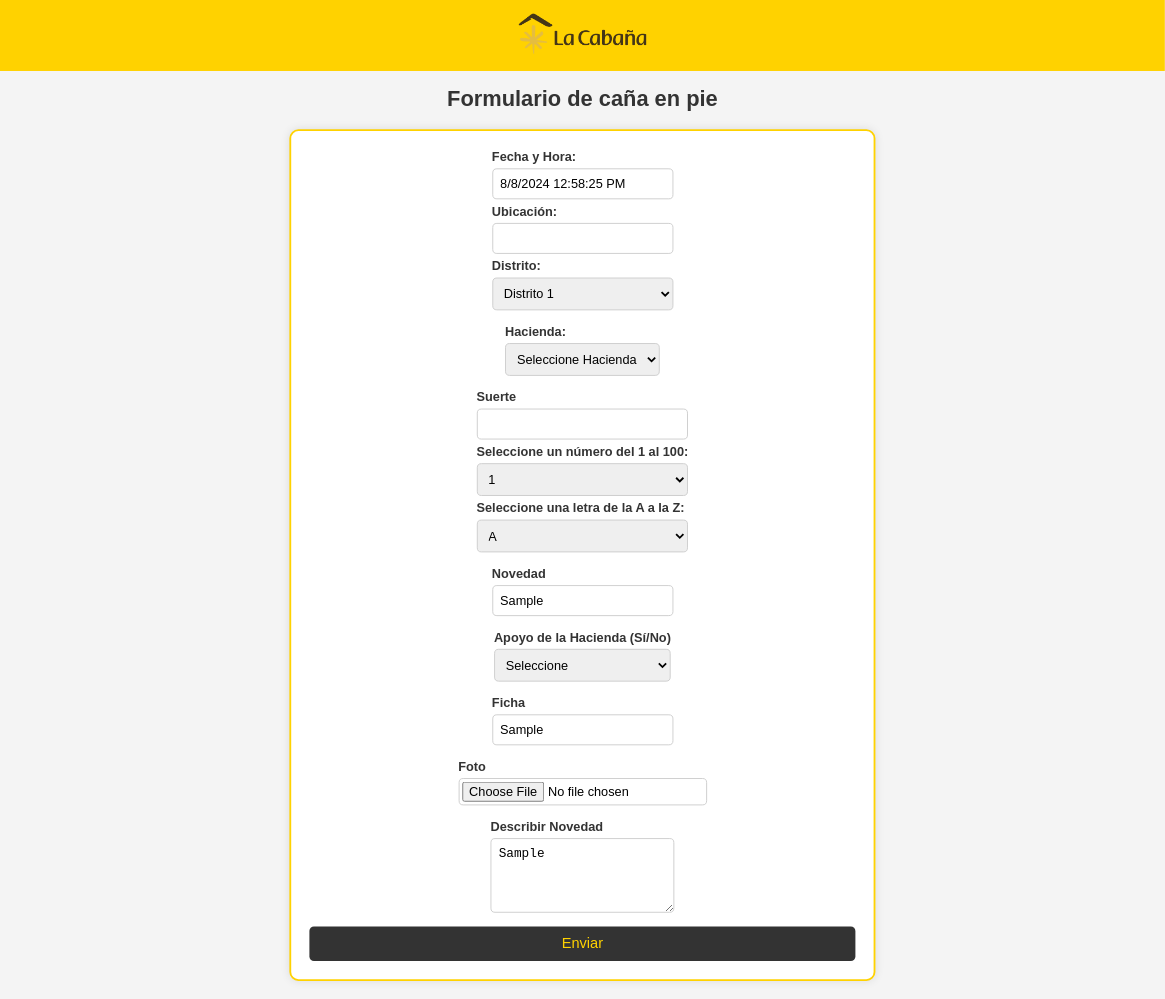
Repository: tayuanlogua/prototipo-de-control-de-accesos
Page: Patrullas/src/cañaenpie.html
The author's editor kept a copy of each file at every save. The page is drawn from the files as they stood at one save, then again after the next save.
The browser window is 1280 px wide. The pictures show the whole page, at 91% of full size.
Empty fields were first filled with sample values (such as "Sample", 5 or name@example.com).
After loading, the first visible `#distrito` was changed once.

Above is the page before, as saved 2024-08-29 15:01:29.

After the next save:
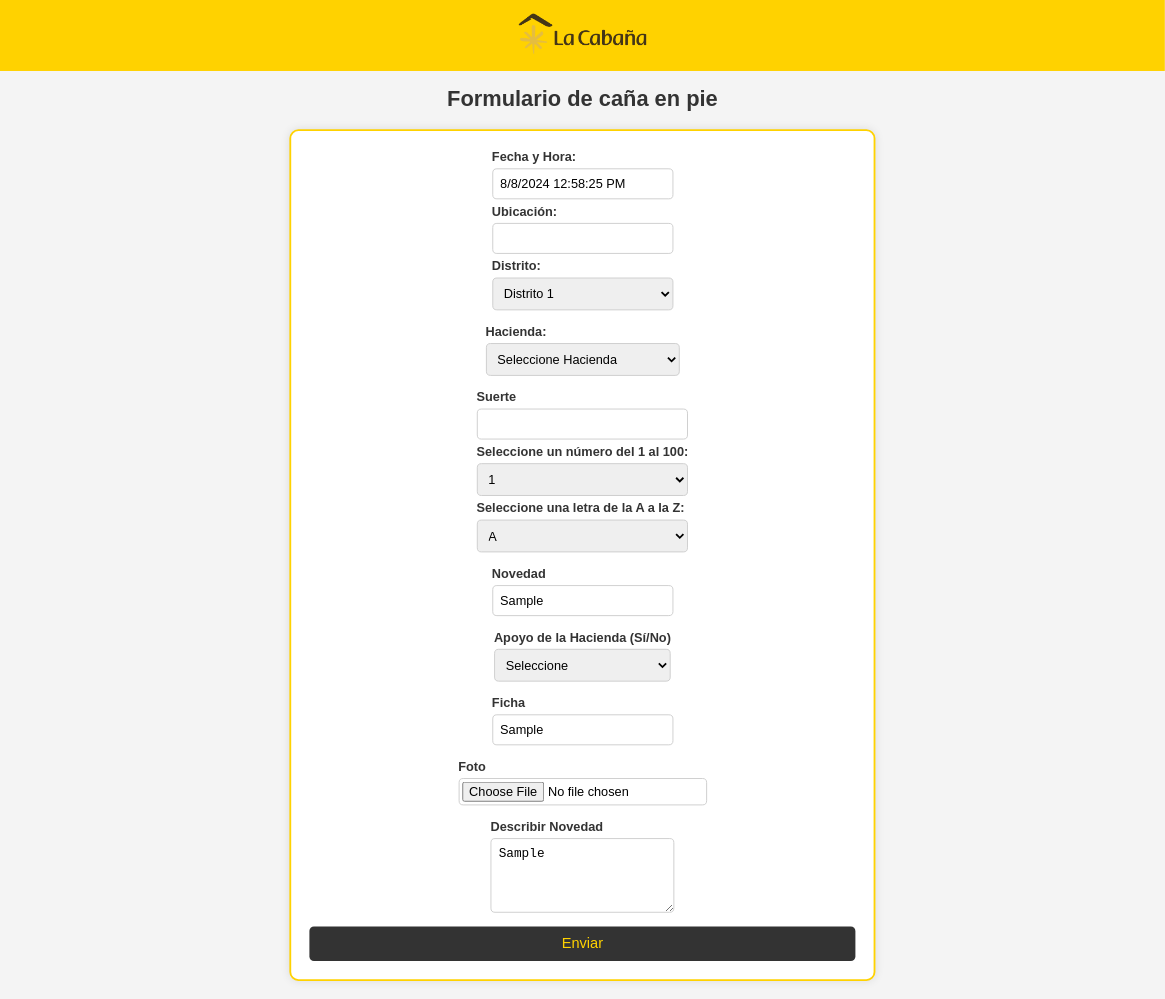
Saved 6 min 44 s later.
--- a/Patrullas/src/cañaenpie.js
+++ b/Patrullas/src/cañaenpie.js
@@ -11,11 +11,144 @@
   const suerteInput = document.getElementById("suerte");
 
   const haciendas = {
-    1: ["Rio Frayle", "La Industria", "Salsipuedes" /* ... */],
-    2: ["Orocue", "Palace", "San Isidro" /* ... */],
-    3: ["Cabaña", "Caldas", "Pilamo" /* ... */],
-    4: ["Cuprecia", "Laguna", "La Gitana" /* ... */],
-    5: ["Casablanca", "Bocas de Palo", "Perico Negro" /* ... */],
+    1: [
+      "Rio Frayle",
+      "La Industria",
+      "Salsipuedes",
+      "Pergola II",
+      "Pergola III",
+      "ACUARIO",
+      "PERGOLA I",
+      "Vallecito",
+      "Papayal",
+      "La Linda",
+      "El Rincon",
+      "Papayalito",
+      "El Tablon Bajo",
+      "Cantarohondo",
+      "El Tablon Alto",
+      "El Baranco",
+      "Santa Barbara Participacion",
+      "La Michela",
+    ],
+    2: [
+      "Orocue",
+      "Palace",
+      "San Isidro",
+      "Rancho Grande",
+      "Romano Barney",
+      "Taula Mejia",
+      "Vanegas",
+      "Holandita Adecañas",
+      "Canada Adecañas",
+      "Canada",
+      "Canada Agrocañas",
+      "Canada Esmeralda",
+      "Hato",
+      "Arado",
+      "Yarumales",
+      "Mendiola La Paila",
+      "Benitez",
+      "Hato San Carlos",
+      "Mundo Cabaña",
+      "La Munda Esmeralda",
+      "Canada Cabaña",
+      "Hato Agrocañas",
+      "Hato Cavi",
+    ],
+    3: [
+      "Cabaña",
+      "Caldas",
+      "Pilamo",
+      "Taula Chiman",
+      "Normandia",
+      "Santa Helena",
+      "Cabaña II",
+      "Muchilanga Naranjito",
+      "Caldas Agroindustrias",
+      "Normandia Agroindustrias",
+      "Taula Chiman Agroindistria",
+      "Humberto Lopez Cabaña",
+      "Arado Adecañas",
+      "Toribio Rivas Esmeralda",
+      "Cabaña Rabinovich",
+      "Naranjo Agrocañas",
+      "Naranjo",
+      "Muchilanga",
+      "Taula Ana",
+      "Naranjo Esmeralda",
+      "Gobierno Negro",
+      "Granada",
+      "Cabaña Agrocañas",
+      "Naranjo Cabaña",
+      "Muchilanga Cabaña",
+      "Vegas Cabaña",
+      "Alvaro Naranjo Poveda Arrey",
+      "El Rebaño",
+      "Dulce Jugada Participacion",
+    ],
+    4: [
+      "Cuprecia",
+      "Laguna",
+      "La Gitana",
+      "Vista Hermosa",
+      "Nanaluisa",
+      "Lote Toro",
+      "La Stellia",
+      "La Real",
+      "El Recuerdo",
+      "Tonoli",
+      "Laguna Arrendo",
+      "Florencia",
+      "Casa Grande",
+      "Santa Ines",
+      "La Loma",
+      "Corcovao Adecañas",
+      "Veracruz Adecañas",
+      "Sarria",
+      "Nilo Toro",
+      "Janeiro Esmeralda",
+      "Hermanas Florez",
+      "Las Cañas",
+      "Ana Maria Bonilla",
+      "El Cairo",
+      "Tablanca",
+      "Holanda",
+      "La Camelia",
+      "Sucursal",
+      "El Socorro Cabaña",
+      "Monaco",
+      "La Alsacia",
+      "Ventura Olgin",
+    ],
+    5: [
+      "Casablanca",
+      "Bocas de Palo",
+      "Perico Negro",
+      "El Lago",
+      "Victoria",
+      "Curazao",
+      "Coburgo Cantarito",
+      "Bohemia",
+      "Curazao Escobar",
+      "Ceibal Nereida Sepulveda Roja",
+      "Curazao Agroindustrias",
+      "Curazao Velez",
+      "La Moraleja",
+      "Curazao Esmeralda",
+      "Lago Rabinovich",
+      "Quintero",
+      "Sofia",
+      "Sarria",
+      "Victoria Esmeralda",
+      "Avenida",
+      "Sarria Agrocañas",
+      "La Moraleja Accion Fiduciaria",
+      "Campo Alegre Argos Arrendo",
+      "Moraleja Arango",
+      "Cachipay",
+      "Moraleja PYS Proyectos Soll",
+    ],
   };
 
   // Completa el selector de números del 1 al 100
@@ -48,6 +181,8 @@
   const updateHaciendas = () => {
     const selectedDistrito = distritoSelect.value;
     const haciendasList = haciendas[selectedDistrito] || [];
+    console.log("Distrito seleccionado:", selectedDistrito); // Depuración
+    console.log("Haciendas para el distrito:", haciendasList); // Depuración
 
     haciendaSelect.innerHTML = '<option value="">Seleccione Hacienda</option>'; // Reset options
     haciendasList.forEach((hacienda) => {
